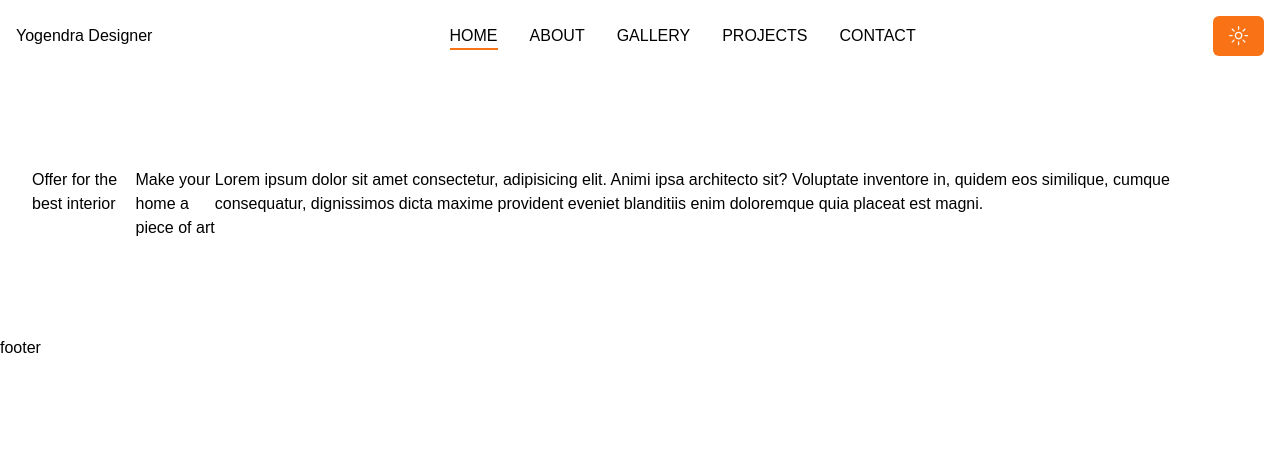
Repository: hitoutvrma/MB_designs-Interior-Designing-website
Page: /
The author's editor kept a copy of each file at every save. The page is drawn from the files as they stood at one save, then again after the next save.
The browser window is 1280 px wide. The pictures show the whole page.
The project was rebuilt for these pictures with package versions that can differ from the ones it lists, and the page was loaded fresh each time. The framework's server and built-in components were replaced by stand-ins that run in the browser. Also part of the build but not shown: next.config.mjs.

Above is the page before, as saved 2024-09-13 12:49:39.

### app/layout.js
import localFont from "next/font/local";
import "./globals.css";
import Header from "@/components/ui/Header";
import Footer from "@/components/ui/Footer";
import { ThemeProvider } from "@/components/ThemeProvider";

const geistSans = localFont({
  src: "./fonts/GeistVF.woff",
  variable: "--font-geist-sans",
  weight: "100 900",
});
const geistMono = localFont({
  src: "./fonts/GeistMonoVF.woff",
  variable: "--font-geist-mono",
  weight: "100 900",
});

export const metadata = {
  title: "Create Next App",
  description: "Generated by create next app",
};

export default function RootLayout({ children }) {
  return (
    <html lang="en" suppressHydrationWarning>
      <body
        className={`${geistSans.variable} ${geistMono.variable} antialiased`}
      >
        <ThemeProvider attribute='class' defaultTheme='light'>

        <Header/>
        {children}
        <Footer/>
        </ThemeProvider>
      </body>
    </html>
  );
}

### app/page.js
import HeroSection from "@/components/ui/HeroSection";
import Image from "next/image";

export default function Home() {
  return (
    <main>
      <HeroSection/>
      </main>
  );
}

### app/globals.css
@tailwind base;
@tailwind components;
@tailwind utilities;


body {
  color: var(--foreground);
  background: var(--background);
  font-family: Arial, Helvetica, sans-serif;
}

@layer utilities {
  .text-balance {
    text-wrap: balance;
  }
}


@layer base {
  :root {
    --background: 0 0% 100%;
    --foreground: 20 14.3% 4.1%;
    --card: 0 0% 100%;
    --card-foreground: 20 14.3% 4.1%;
    --popover: 0 0% 100%;
    --popover-foreground: 20 14.3% 4.1%;
    --primary: 24.6 95% 53.1%;
    --primary-foreground: 60 9.1% 97.8%;
    --secondary: 60 4.8% 95.9%;
    --secondary-foreground: 24 9.8% 10%;
    --muted: 60 4.8% 95.9%;
    --muted-foreground: 25 5.3% 44.7%;
    --accent: 60 4.8% 95.9%;
    --accent-foreground: 24 9.8% 10%;
    --destructive: 0 84.2% 60.2%;
    --destructive-foreground: 60 9.1% 97.8%;
    --border: 20 5.9% 90%;
    --input: 20 5.9% 90%;
    --ring: 24.6 95% 53.1%;
    --radius: 0.5rem;
    --chart-1: 12 76% 61%;
    --chart-2: 173 58% 39%;
    --chart-3: 197 37% 24%;
    --chart-4: 43 74% 66%;
    --chart-5: 27 87% 67%;
  }

  .dark {
    --background: 20 14.3% 4.1%;
    --foreground: 60 9.1% 97.8%;
    --card: 20 14.3% 4.1%;
    --card-foreground: 60 9.1% 97.8%;
    --popover: 20 14.3% 4.1%;
    --popover-foreground: 60 9.1% 97.8%;
    --primary: 20.5 90.2% 48.2%;
    --primary-foreground: 60 9.1% 97.8%;
    --secondary: 12 6.5% 15.1%;
    --secondary-foreground: 60 9.1% 97.8%;
    --muted: 12 6.5% 15.1%;
    --muted-foreground: 24 5.4% 63.9%;
    --accent: 12 6.5% 15.1%;
    --accent-foreground: 60 9.1% 97.8%;
    --destructive: 0 72.2% 50.6%;
    --destructive-foreground: 60 9.1% 97.8%;
    --border: 12 6.5% 15.1%;
    --input: 12 6.5% 15.1%;
    --ring: 20.5 90.2% 48.2%;
    --chart-1: 220 70% 50%;
    --chart-2: 160 60% 45%;
    --chart-3: 30 80% 55%;
    --chart-4: 280 65% 60%;
    --chart-5: 340 75% 55%;
  }
}



@layer base {
  * {
    @apply border-border;
  }
  body {
    @apply bg-background text-foreground;
  }
}

### components/ui/Header.jsx
'use client';
import React from 'react'
 import ThemeToggler from '../ThemeToggler'
import MobileNavigation from './MobileNavigation';
import Nav from './Nav';
const Header = () => {
  return (
    <div className='flex justify-between p-4 items-center '>
      <div>Yogendra Designer</div>
      <Nav containerStyles='hidden xl:flex gap-8 items-center' linkStyles='relative hover:text-primary transition-all' underlineStyles ='absolute left-0 top-full h-[2px] bg-primary w-full'
      />
      <div className='flex gap-2 items-center'>

      <ThemeToggler/>
      <div className='xl:hidden'>

      <MobileNavigation/>
      </div>
      </div>
    </div>
  )
}

export default Header

### components/ThemeProvider.jsx
'use client';

import { ThemeProvider as NextThemesProvider } from "next-themes";

export function ThemeProvider({ children, ...props }) {
    return <NextThemesProvider {...props}>
        { children }
    </NextThemesProvider>
}

### components/ui/HeroSection.jsx
import React from 'react'

const HeroSection = () => {
  return (
    <div className='container py-12 xl:py-24 px-8 h-[auto] text-center lg:py-0 lg:text-left lg:flex lg:justify-between'>
      <div>Offer for the best interior</div>
      <h1>
        Make your home a <br/>piece of art
      </h1>
      <p>
        Lorem ipsum dolor sit amet consectetur, adipisicing elit. Animi ipsa architecto sit? Voluptate inventore in, quidem eos similique, cumque consequatur, dignissimos dicta maxime provident eveniet blanditiis enim doloremque quia placeat est magni.
      </p>
    </div>
  )
}

export default HeroSection

### components/ThemeToggler.jsx
import { Button } from "./ui/button";
import { useTheme } from "next-themes";
import { SunIcon, MoonIcon } from "@radix-ui/react-icons";

const ThemeToggler = () => {
    const { theme, setTheme } = useTheme();

  return (
    <div>
      <Button  onClick={()=>setTheme(theme==='dark'?'light':'dark')}>
        <SunIcon className="h-[1.2rem] w-[1.2rem] scale-100 rotate-0 transition-all dark:rotate-90 dark:scale-0"/>
        <MoonIcon className="w-[1rem] absolute scale-0 rotate-90 transition-all dark:rotate-0 dark:scale-100"/>
      </Button>
    </div>
  )
}

export default ThemeToggler

### components/ui/MobileNavigation.jsx
import React from 'react'

import {Sheet, SheetContent, SheetTrigger} from '@/components/ui/sheet';
import Nav from './Nav';
import { AlignJustify } from 'lucide-react';

const MobileNavigation = () => {
  return (
    <Sheet>
        <SheetTrigger asChild>
            <AlignJustify className='cursor-pointer'/>
        </SheetTrigger>
        <SheetContent>
            <div className='p-3 flex flex-col items-center'>
                <div>
                    <div>Yogendra designer</div>
                    <Nav containerStyles='flex flex-col items-center gap-y-2' linkStyles='text-1xl '/>
                </div>
            </div>
        </SheetContent>
    </Sheet>
  )
}

export default MobileNavigation

### components/ui/Nav.jsx
//Hooks

import { usePathname } from "next/navigation";
import { motion } from "framer-motion";
import Link from "next/link";

const links = [
    {
        path:'/',name:'home'
    },
    {
        path:'/about',name:'about'
    },
    {
        path:'/gallery',name:'gallery'
    },
    {
        path:'/projects',name:'projects'
    },
    {
        path:'/contact',name:'contact'
    },
]
const Nav = ({ containerStyles, linkStyles, underlineStyles } ) => {

    const path = usePathname();
  return (
    <div className={`${containerStyles}`} >
        {
            links.map((link,index) =>{
                return(
                    <Link href={link.path}
                    key={index} className={`uppercase ${linkStyles}`}>
                        {link.path===path && (
                            <motion.span
                            initial={{y:'-100%'}}
                            animate={{y:0}}
                            transition={{ type:'tween'}}
                            layoutId="underline"
                            className={`${underlineStyles}`}
                            />
                        )}
                        {link.name}

                    </Link>
                )
            })
        }
      </div>
  )
}

export default Nav

### components/ui/button.jsx
import * as React from "react"
import { Slot } from "@radix-ui/react-slot"
import { cva } from "class-variance-authority";

import { cn } from "@/lib/utils"

const buttonVariants = cva(
  "inline-flex items-center justify-center whitespace-nowrap rounded-md text-sm font-medium ring-offset-background transition-colors focus-visible:outline-none focus-visible:ring-2 focus-visible:ring-ring focus-visible:ring-offset-2 disabled:pointer-events-none disabled:opacity-50",
  {
    variants: {
      variant: {
        default: "bg-primary text-primary-foreground hover:bg-primary/90",
        destructive:
          "bg-destructive text-destructive-foreground hover:bg-destructive/90",
        outline:
          "border border-input bg-background hover:bg-accent hover:text-accent-foreground",
        secondary:
          "bg-secondary text-secondary-foreground hover:bg-secondary/80",
        ghost: "hover:bg-accent hover:text-accent-foreground",
        link: "text-primary underline-offset-4 hover:underline",
      },
      size: {
        default: "h-10 px-4 py-2",
        sm: "h-9 rounded-md px-3",
        lg: "h-11 rounded-md px-8",
        icon: "h-10 w-10",
      },
    },
    defaultVariants: {
      variant: "default",
      size: "default",
    },
  }
)

const Button = React.forwardRef(({ className, variant, size, asChild = false, ...props }, ref) => {
  const Comp = asChild ? Slot : "button"
  return (
    (<Comp
      className={cn(buttonVariants({ variant, size, className }))}
      ref={ref}
      {...props} />)
  );
})
Button.displayName = "Button"

export { Button, buttonVariants }

### components/ui/sheet.jsx
"use client";
import * as React from "react"
import * as SheetPrimitive from "@radix-ui/react-dialog"
import { cva } from "class-variance-authority";
import { X } from "lucide-react"

import { cn } from "@/lib/utils"

const Sheet = SheetPrimitive.Root

const SheetTrigger = SheetPrimitive.Trigger

const SheetClose = SheetPrimitive.Close

const SheetPortal = SheetPrimitive.Portal

const SheetOverlay = React.forwardRef(({ className, ...props }, ref) => (
  <SheetPrimitive.Overlay
    className={cn(
      "fixed inset-0 z-50 bg-black/80  data-[state=open]:animate-in data-[state=closed]:animate-out data-[state=closed]:fade-out-0 data-[state=open]:fade-in-0",
      className
    )}
    {...props}
    ref={ref} />
))
SheetOverlay.displayName = SheetPrimitive.Overlay.displayName

const sheetVariants = cva(
  "fixed z-50 gap-4 bg-background p-6 shadow-lg transition ease-in-out data-[state=open]:animate-in data-[state=closed]:animate-out data-[state=closed]:duration-300 data-[state=open]:duration-500",
  {
    variants: {
      side: {
        top: "inset-x-0 top-0 border-b data-[state=closed]:slide-out-to-top data-[state=open]:slide-in-from-top",
        bottom:
          "inset-x-0 bottom-0 border-t data-[state=closed]:slide-out-to-bottom data-[state=open]:slide-in-from-bottom",
        left: "inset-y-0 left-0 h-full w-3/4 border-r data-[state=closed]:slide-out-to-left data-[state=open]:slide-in-from-left sm:max-w-sm",
        right:
          "inset-y-0 right-0 h-full w-3/4  border-l data-[state=closed]:slide-out-to-right data-[state=open]:slide-in-from-right sm:max-w-sm",
      },
    },
    defaultVariants: {
      side: "right",
    },
  }
)

const SheetContent = React.forwardRef(({ side = "right", className, children, ...props }, ref) => (
  <SheetPortal>
    <SheetOverlay />
    <SheetPrimitive.Content ref={ref} className={cn(sheetVariants({ side }), className)} {...props}>
      {children}
      <SheetPrimitive.Close
        className="absolute right-4 top-4 rounded-sm opacity-70 ring-offset-background transition-opacity hover:opacity-100 focus:outline-none focus:ring-2 focus:ring-ring focus:ring-offset-2 disabled:pointer-events-none data-[state=open]:bg-secondary">
        <X className="h-4 w-4" />
        <span className="sr-only">Close</span>
      </SheetPrimitive.Close>
    </SheetPrimitive.Content>
  </SheetPortal>
))
SheetContent.displayName = SheetPrimitive.Content.displayName

const SheetHeader = ({
  className,
  ...props
}) => (
  <div
    className={cn("flex flex-col space-y-2 text-center sm:text-left", className)}
    {...props} />
)
SheetHeader.displayName = "SheetHeader"

const SheetFooter = ({
  className,
  ...props
}) => (
  <div
    className={cn("flex flex-col-reverse sm:flex-row sm:justify-end sm:space-x-2", className)}
    {...props} />
)
SheetFooter.displayName = "SheetFooter"

const SheetTitle = React.forwardRef(({ className, ...props }, ref) => (
  <SheetPrimitive.Title
    ref={ref}
    className={cn("text-lg font-semibold text-foreground", className)}
    {...props} />
))
SheetTitle.displayName = SheetPrimitive.Title.displayName

const SheetDescription = React.forwardRef(({ className, ...props }, ref) => (
  <SheetPrimitive.Description
    ref={ref}
    className={cn("text-sm text-muted-foreground", className)}
    {...props} />
))
SheetDescription.displayName = SheetPrimitive.Description.displayName

export {
  Sheet,
  SheetPortal,
  SheetOverlay,
  SheetTrigger,
  SheetClose,
  SheetContent,
  SheetHeader,
  SheetFooter,
  SheetTitle,
  SheetDescription,
}

Loaded but not shown: components/ui/Footer.jsx (common file); lib/utils.js (common file); tailwind.config.js (common file)

After the next save:
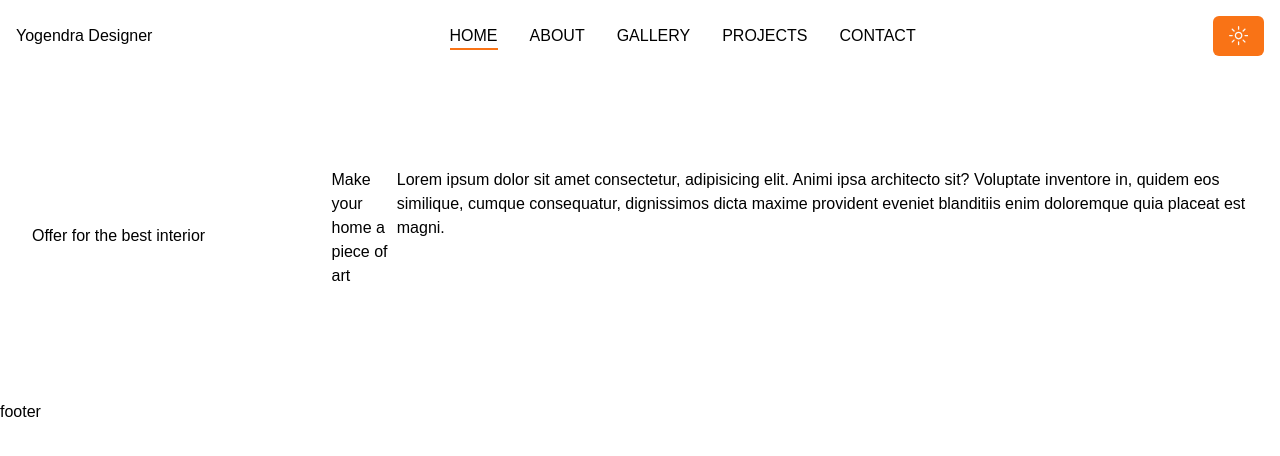
Saved 2 min 6 s later.
--- a/components/ui/HeroSection.jsx
+++ b/components/ui/HeroSection.jsx
@@ -3,7 +3,9 @@ import React from 'react'
 const HeroSection = () => {
   return (
     <div className='container py-12 xl:py-24 px-8 h-[auto] text-center lg:py-0 lg:text-left lg:flex lg:justify-between'>
-      <div>Offer for the best interior</div>
+      <div className='lg:w-1/2 xl:py-14 lg:py-8'>
+        <p>Offer for the best interior</p>
+      </div>
       <h1>
         Make your home a <br/>piece of art
       </h1>
